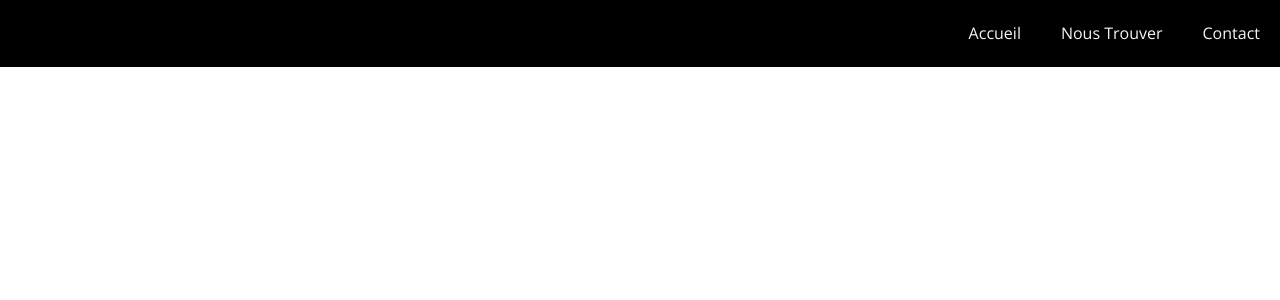
Repository: Hiliyeh/static-coffee
Page: index.html
An editor plug-in stored every save of this project. The page is shown before and after the next save, followed by the edit.
The browser window is 1280 px wide. The pictures show the whole page.

Above is the page before, as saved 2020-05-02 17:19:37.

After the next save:
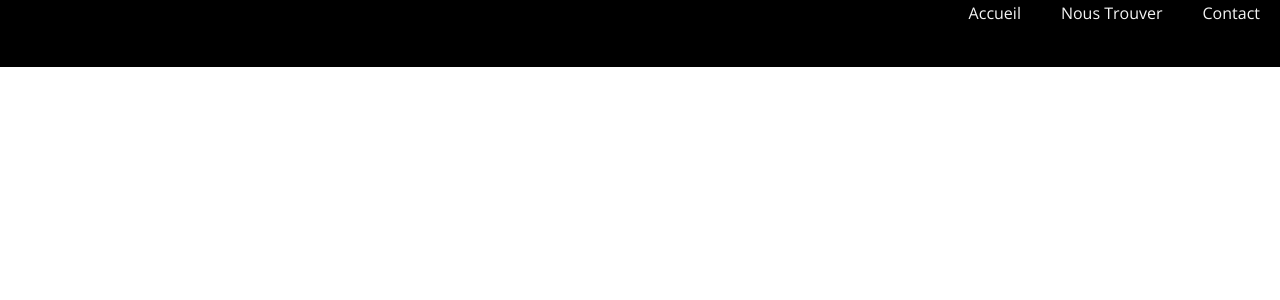
Saved 26 s later.
--- a/style.css
+++ b/style.css
@@ -46,5 +46,5 @@
 .header nav ul li a {
   color: whitesmoke;
   padding : 20px;
-  display: block;
+
 }

After the save that followed:
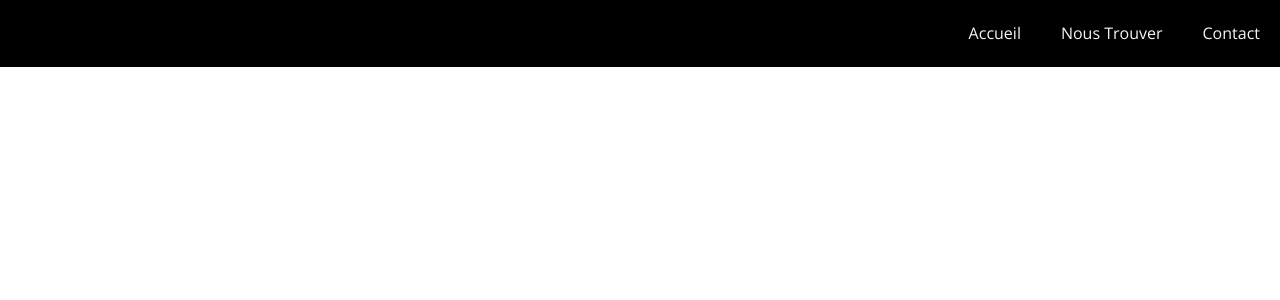
Saved 13 s later.
--- a/style.css
+++ b/style.css
@@ -46,5 +46,5 @@
 .header nav ul li a {
   color: whitesmoke;
   padding : 20px;
-
+  display: block;
 }
